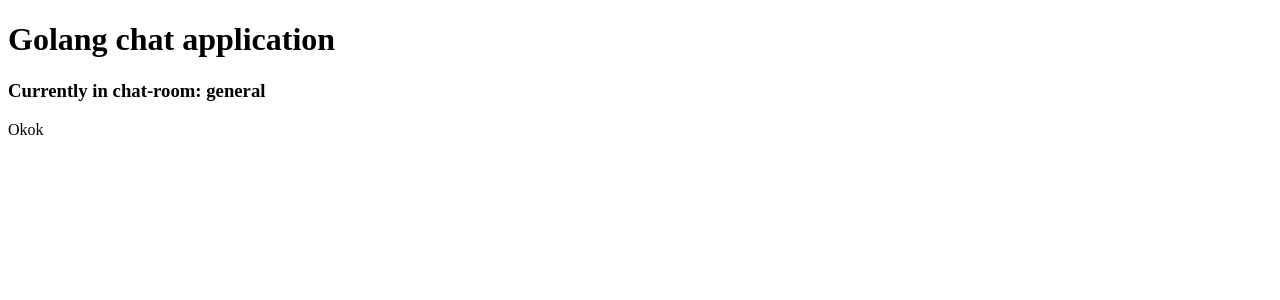
Repository: Lakshyyaa/SimpleWSserver
Page: frontend/index.html
The author's editor kept a copy of each file at every save. The page is drawn from the files as they stood at one save, then again after the next save.
The browser window is 1280 px wide. The pictures show the whole page.

Above is the page before, as saved 2024-10-30 13:31:34.

After the next save:
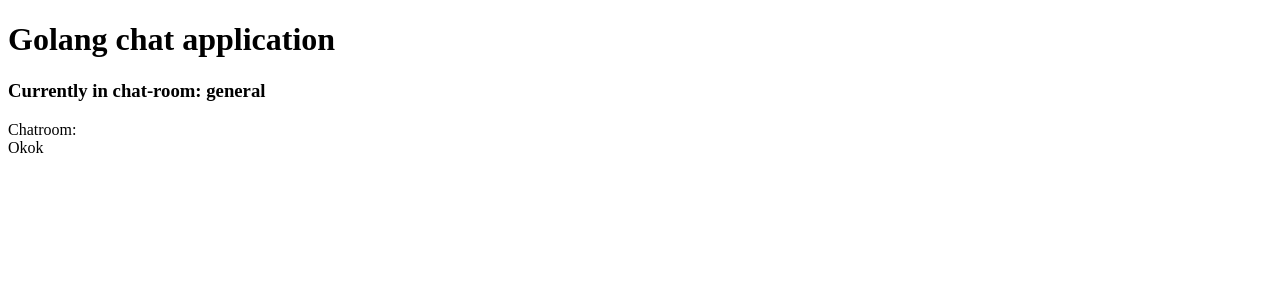
Saved 4 s later.
--- a/frontend/index.html
+++ b/frontend/index.html
@@ -10,7 +10,7 @@
         <h1>Golang chat application</h1>
         <h3>Currently in chat-room: general</h3>
         <form action="" id="select-room">
-            <label for="Chatroom"></label>
+            <label for="Chatroom">Chatroom: </label>
         </form>
     </div>
     Okok
